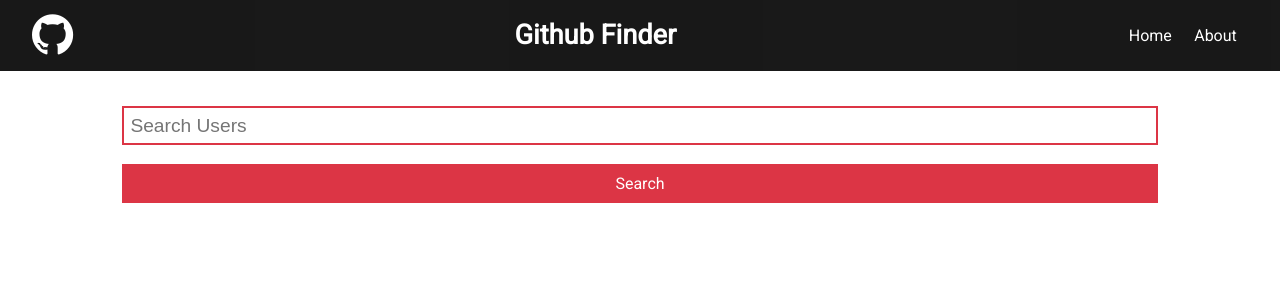
Repository: hemantsaini-7/ReactHooks-GitHub-Clone
Page: /
An editor plug-in stored every save of this project. The page is shown before and after the next save, followed by the edit.
The browser window is 1280 px wide. The pictures show the whole page.
The project was rebuilt for these pictures with package versions that can differ from the ones it lists, and the page was loaded fresh each time. Also part of the build but not shown: src/components/users/UserItem.js, src/components/layout/Spinner.js, src/components/repos/RepoItem.js, src/components/repos/Repos.js, src/components/users/User.js, src/components/layout/Alert.js, src/components/pages/About.js.

Above is the page before, as saved 2020-08-06 09:37:10.

After the next save:
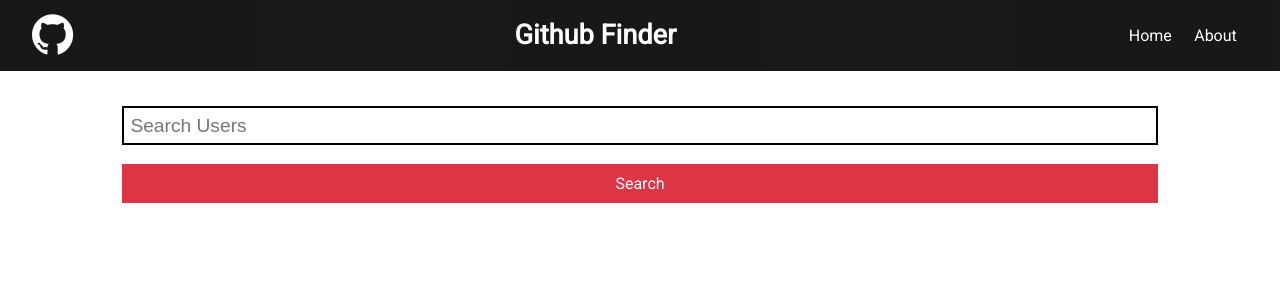
Saved 9 s later.
--- a/src/App.css
+++ b/src/App.css
@@ -384,7 +384,7 @@
   /* margin-left: 100px; */
 }
 .s-field {
-  border: 2px solid #dc3545 !important;
+  border: 2px solid #000 !important;
 }
 
 /* Mobile Styles */
